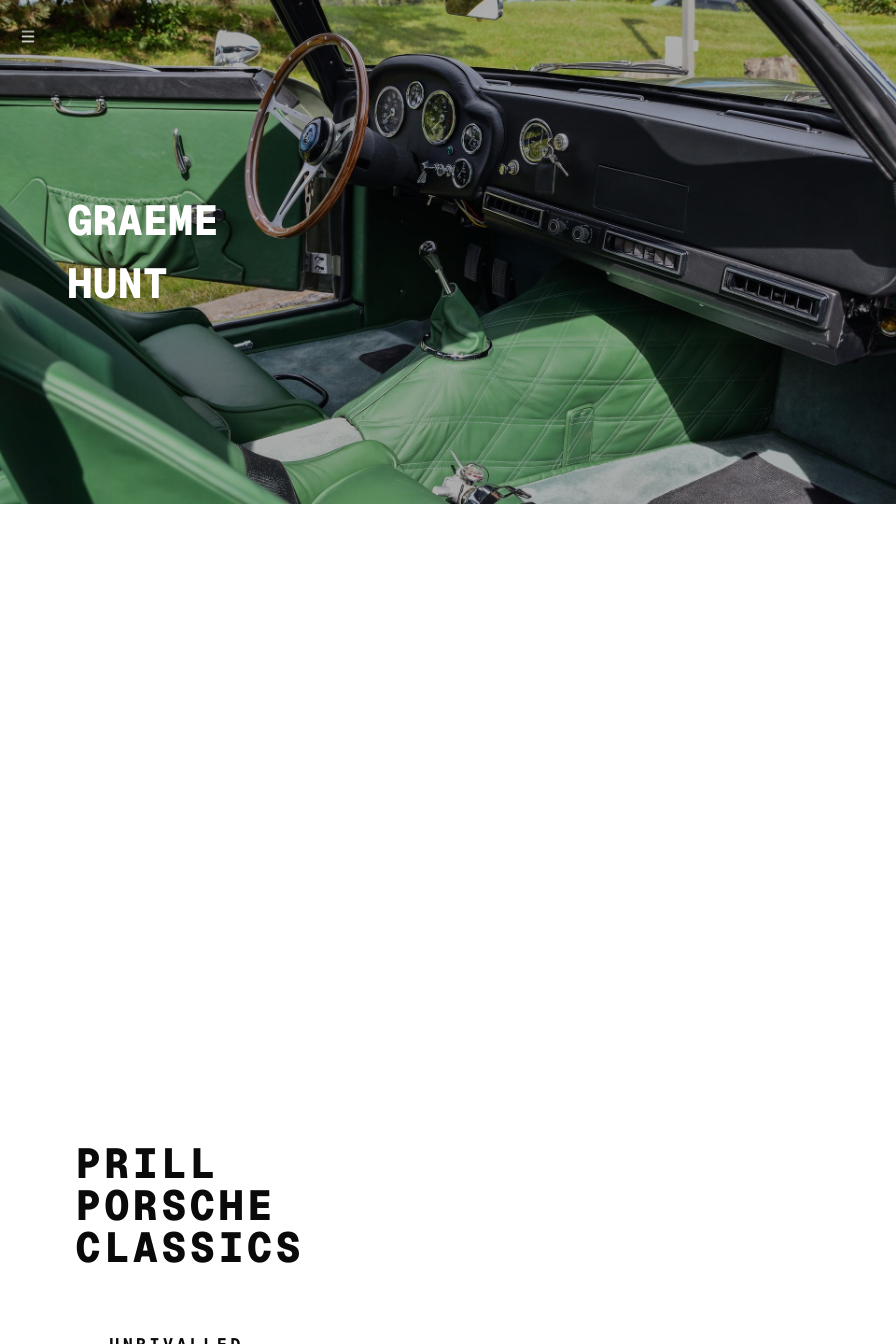
Repository: Richartistique-LeBrassus/Atelier-de-Voitures-Classiques
Page: /
The author's editor kept a copy of each file at every save. The page is drawn from the files as they stood at one save, then again after the next save.
The browser window is 1280 px wide. The pictures show the part of the page from y = 0 to 1920 px (the page is 7424 px tall), at 70% of full size.
The project was rebuilt for these pictures with package versions that can differ from the ones it lists, and the page was loaded fresh each time. The framework's server and built-in components were replaced by stand-ins that run in the browser. Also part of the build but not shown: next.config.ts.

Above is the page before, as saved 2025-11-24 13:36:10.

After the next save:
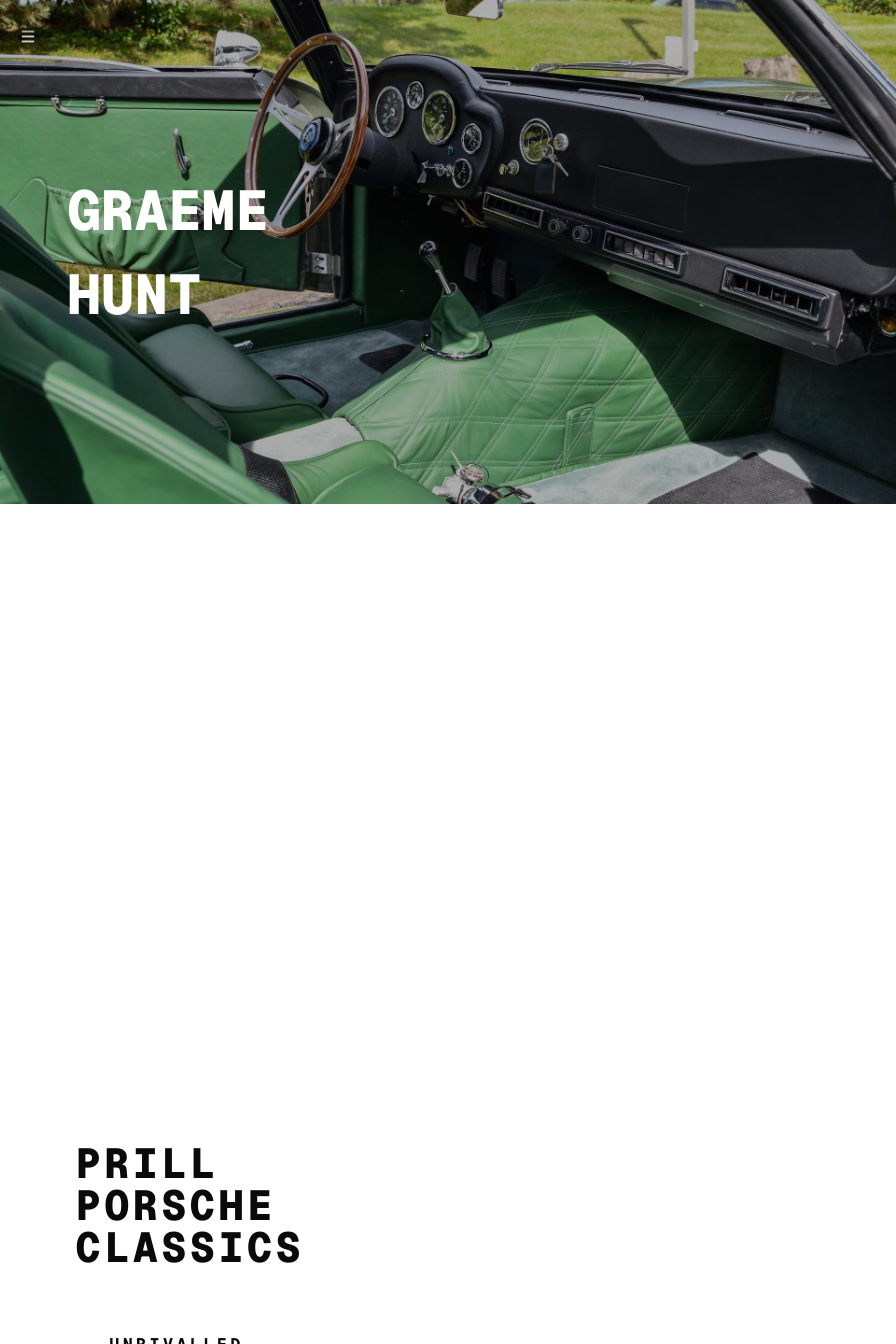
Saved 10 s later.
--- a/components/Hero.tsx
+++ b/components/Hero.tsx
@@ -25,7 +25,7 @@
         transition={{ duration: 1.2, ease: "easeOut" }}
         viewport={{ once: true, amount: 0.3 }}
         className="sticky top-0 h-screen flex items-center max-w-[85vw]
-        justify-center text-white text-[60px] font-mono font-extrabold mx-auto
+        justify-center text-white text-[80px] font-mono font-extrabold mx-auto
         uppercase"
       >
         <div className="flex flex-col w-full mx-auto">
